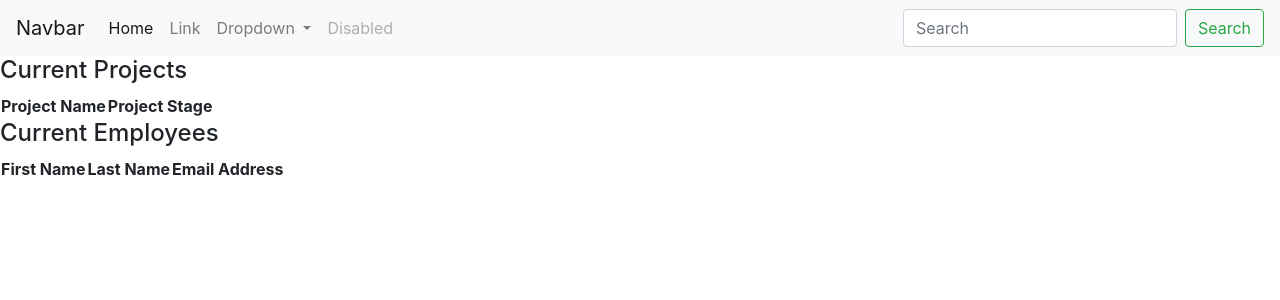
Repository: ynagay/SpringBoot
Page: http://localhost/main/home
These files come from the project's save history. The page is drawn as it stood at one moment and after the next save; the edit follows.
The browser window is 1280 px wide. The pictures show the whole page.
The page is this project's Thymeleaf template; nobody is signed in. The template is opened directly, without the code that normally fills it, so the values that code supplies are empty.

Above is the page before, as saved 2022-01-09 03:07:50.

### project-managment/src/main/resources/templates/main/home.html
<!DOCTYPE html>

<html xmlns:th="http://www.thymeleaf.org">

<head>
	<!-- Required meta tags -->
    <meta charset="utf-8">
    <meta name="viewport" content="width=device-width, initial-scale=1, shrink-to-fit=no">

    <!-- Bootstrap CSS -->
    <link rel="stylesheet" href="https://stackpath.bootstrapcdn.com/bootstrap/4.3.1/css/bootstrap.min.css"
    integrity="sha384-ggOyR0iXCbMQv3Xipma34MD+dH/1fQ784/j6cY/iJTQUOhcWr7x9JvoRxT2MZw1T" crossorigin="anonymous">


</head>

<body>

<nav class="navbar navbar-expand-lg navbar-light bg-light">
  <a class="navbar-brand" href="#">Navbar</a>
  <button class="navbar-toggler" type="button" data-toggle="collapse" data-target="#navbarSupportedContent" aria-controls="navbarSupportedContent" aria-expanded="false" aria-label="Toggle navigation">
    <span class="navbar-toggler-icon"></span>
  </button>

  <div class="collapse navbar-collapse" id="navbarSupportedContent">
    <ul class="navbar-nav mr-auto">
      <li class="nav-item active">
        <a class="nav-link" href="#">Home <span class="sr-only">(current)</span></a>
      </li>
      <li class="nav-item">
        <a class="nav-link" href="#">Link</a>
      </li>
      <li class="nav-item dropdown">
        <a class="nav-link dropdown-toggle" href="#" id="navbarDropdown" role="button" data-toggle="dropdown" aria-haspopup="true" aria-expanded="false">
          Dropdown
        </a>
        <div class="dropdown-menu" aria-labelledby="navbarDropdown">
          <a class="dropdown-item" href="#">Action</a>
          <a class="dropdown-item" href="#">Another action</a>
          <div class="dropdown-divider"></div>
          <a class="dropdown-item" href="#">Something else here</a>
        </div>
      </li>
      <li class="nav-item">
        <a class="nav-link disabled" href="#">Disabled</a>
      </li>
    </ul>
    <form class="form-inline my-2 my-lg-0">
      <input class="form-control mr-sm-2" type="search" placeholder="Search" aria-label="Search">
      <button class="btn btn-outline-success my-2 my-sm-0" type="submit">Search</button>
    </form>
  </div>
</nav>

<div>
	<h4>Current Projects</h4>
	<table>
		<thead>
			<tr>
				<th>Project Name </th>
				<th> Project Stage </th>
			</tr>
		</thead>
		<tbody>
			<tr th:each="aProject : ${projectsList}">
				<td th:text="${aProject.name}"/>
				<td th:text="${aProject.stage}"/>
			</tr>
		</tbody>
	</table>
</div>

<div>
	<h4>Current Employees</h4>
	<table>
		<thead>
			<tr>
				<th>First Name</th>
				<th>Last Name</th>
				<th>Email Address</th>
			</tr>
		</thead>
		<tbody>
			<tr th:each="anEmployees : ${employeesList}">
				<td th:text="${anEmployees.firstName}"/>
				<td th:text="${anEmployees.lastName}"/>
				<td th:text="${anEmployees.email}"/>
			</tr>
		</tbody>
	</table>
</div>
</body>

</html>

After the next save:
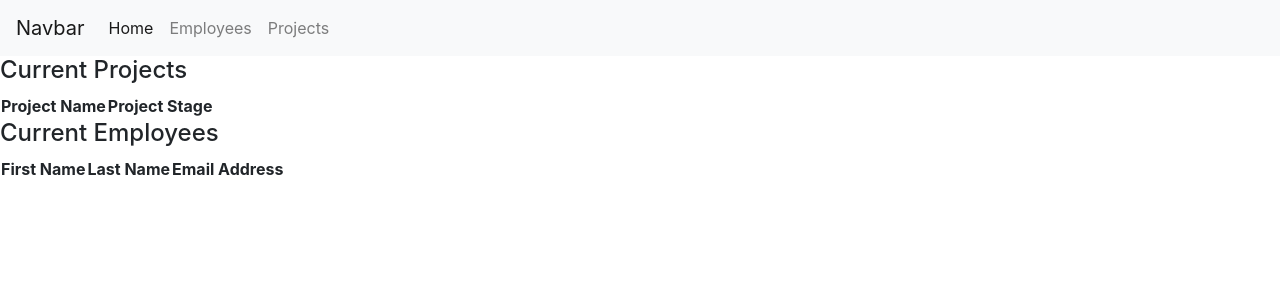
Saved 97 s later.
--- a/project-managment/src/main/resources/templates/main/home.html
+++ b/project-managment/src/main/resources/templates/main/home.html
@@ -25,30 +25,15 @@
   <div class="collapse navbar-collapse" id="navbarSupportedContent">
     <ul class="navbar-nav mr-auto">
       <li class="nav-item active">
-        <a class="nav-link" href="#">Home <span class="sr-only">(current)</span></a>
+        <a class="nav-link" href="#">Home</a>
       </li>
       <li class="nav-item">
-        <a class="nav-link" href="#">Link</a>
-      </li>
-      <li class="nav-item dropdown">
-        <a class="nav-link dropdown-toggle" href="#" id="navbarDropdown" role="button" data-toggle="dropdown" aria-haspopup="true" aria-expanded="false">
-          Dropdown
-        </a>
-        <div class="dropdown-menu" aria-labelledby="navbarDropdown">
-          <a class="dropdown-item" href="#">Action</a>
-          <a class="dropdown-item" href="#">Another action</a>
-          <div class="dropdown-divider"></div>
-          <a class="dropdown-item" href="#">Something else here</a>
-        </div>
+        <a class="nav-link" href="#">Employees</a>
       </li>
       <li class="nav-item">
-        <a class="nav-link disabled" href="#">Disabled</a>
+        <a class="nav-link" href="#">Projects</a>
       </li>
     </ul>
-    <form class="form-inline my-2 my-lg-0">
-      <input class="form-control mr-sm-2" type="search" placeholder="Search" aria-label="Search">
-      <button class="btn btn-outline-success my-2 my-sm-0" type="submit">Search</button>
-    </form>
   </div>
 </nav>
 
